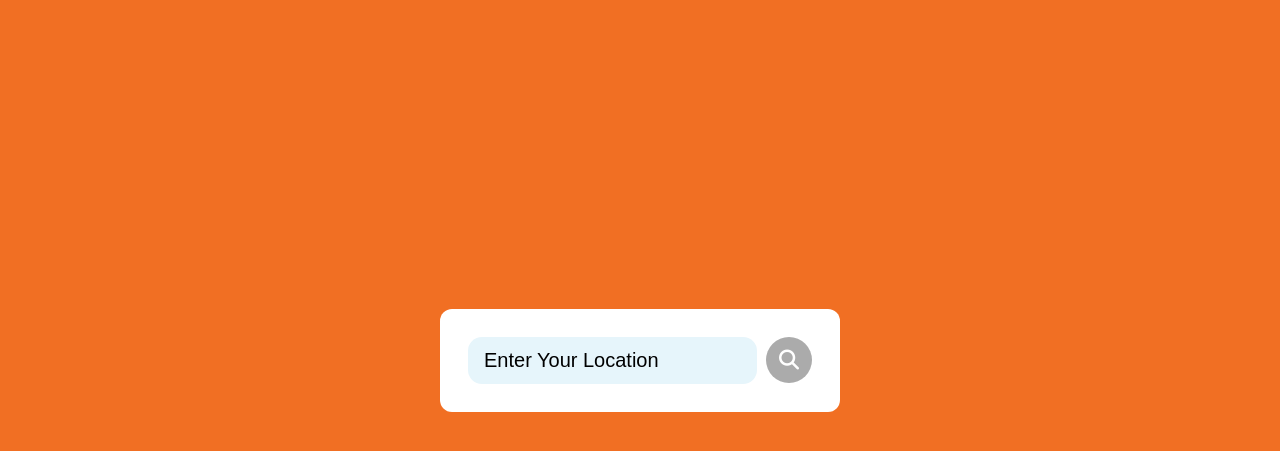
Repository: kapucuonur/weather-app
Page: index.html
The author's editor kept a copy of each file at every save. The page is drawn from the files as they stood at one save, then again after the next save.
The browser window is 1280 px wide. The pictures show the whole page.
The pointer rests on the first visible `.search-box button`.
Some web libraries are served in a nearby version.

Above is the page before, as saved 2024-11-16 15:17:59.

### index.html
<!DOCTYPE html>
<html lang="en">
<head>
    <meta charset="UTF-8">
    <meta http-equiv="X-UA-Compatible" content="IE=edge">
    <meta name="viewport" content="width=device-width, initial-scale=1.0">
    <title>Weather App With JavaScript</title>
    <link rel="stylesheet" href="style.css">
</head>
<body>
    <div class="container">
        <div class="header">
            <div class="search-box">
                <input type="text" placeholder="Enter your location" class="input-box">

                <button class="fa-solid fa-magnifying-glass" id="searchBtn"></button>
            </div>
        </div>

        <div class="location-not-found">
            <h1>Sorry, Location not found!!!</h1>
            <img src="/assets/404.png" alt="404 Error">
        </div>

        <div class="weather-body">
            <img src="/assets/cloud.png" alt="Weather Image" class="weather-img">

            <div class="weather-box">
                <p class="temperature">0 <sup>°C</sup></p>
                <p class="description">light rain</p>
            </div>

            <div class="weather-details">
                <div class="humidity">
                    <i class="fa-sharp fa-solid fa-droplet"></i>
                    <div class="text">
                        <span id="humidity">45%</span>
                        <p>Humidity</p>
                    </div>
                </div>

                <div class="wind">
                    <i class="fa-solid fa-wind"></i>
                    <div class="text">
                        <span id="wind-speed">12Km/H</span>
                        <p>Wind Speed</p>
                    </div>
                </div>
            </div>
        </div>
    </div>


    <script src="script.js"></script>
    <script src="https://kit.fontawesome.com/595a890311.js" crossorigin="anonymous"></script>
</body>
</html>

### style.css
*{
    margin: 0;
    padding: 0;
    box-sizing: border-box;
    border: none;
    outline: none;
    font-family: sans-serif;
}

body{
    min-height: 100vh;
    display: flex;
    justify-content: center;
    align-items: center;
    background-color: #f16f23;
}

.container{
    width: 400px;
    height: min-content;
    background-color: #fff;
    border-radius: 12px;
    padding: 28px;
}

.search-box{
    width: 100%;
    height: min-content;
    display: flex;
    justify-content: space-between;
    align-items: center;
}

.search-box input{
    width: 84%;
    font-size: 20px;
    text-transform: capitalize;
    color: #000;
    background-color: #e6f5fb;
    padding: 12px 16px;
    border-radius: 14px;
}

.search-box input::placeholder{
    color: #000;
}

.search-box button{
    width: 46px;
    height: 46px;
    background-color: #e6f5fb;
    border-radius: 50%;
    cursor: pointer;
    font-size: 20px;
}

.search-box button:hover{
    color: #fff;
    background-color: #ababab;
}

.weather-body{
    justify-content: center;
    align-items: center;
    flex-direction: column;
    margin-block: 20px;
    display: none;
}
.weather-body img{
    width: 60%;
}

.weather-box{
    margin-block: 20px;
    text-align: center;
}

.weather-box .temperature{
    font-size: 40px;
    font-weight: 800;
    position: relative;
}

.weather-box .temperature sup{
    font-size: 20px;
    position: absolute;
    font-weight: 600;
}

.weather-box .description{
    font-size: 20px;
    font-weight: 700;
    text-transform: capitalize;
}

.weather-details{
    width: 100%;
    display: flex;
    justify-content: space-between;
    margin-top: 30px;
}

.humidity, .wind{
    display: flex;
    align-items: center;
}

.humidity{
    margin-left: 20px;
}

.wind{
    margin-right: 20px;
}

.weather-details i{
    font-size: 36px;
}

.weather-details .text{
    margin-left: 10px;
    font-size: 16px;
}

.text span{
    font-size: 20px;
    font-weight: 700;
}

.location-not-found{
    margin-top: 20px;
    display: none;
    align-items: center;
    justify-content: center;
    flex-direction: column;
}

.location-not-found h1{
    font-size: 20px;
    color: #6b6b6b;
    margin-block-end: 15px;
}
.location-not-found img{
    width: 80%;
}

### script.js
const inputBox = document.querySelector('.input-box');
const searchBtn = document.getElementById('searchBtn');
const weather_img = document.querySelector('.weather-img');
const temperature = document.querySelector('.temperature');
const description = document.querySelector('.description');
const humidity = document.getElementById('humidity');
const wind_speed = document.getElementById('wind-speed');

const location_not_found = document.querySelector('.location-not-found');

const weather_body = document.querySelector('.weather-body');


async function checkWeather(city) {
    const api_key = "c80e259dca249e73ac2138d8b0365025"; // Yeni API anahtarınız
    const url = `https://api.openweathermap.org/data/2.5/weather?q=${city}&appid=${api_key}`;

    const weather_data = await fetch(`${url}`).then(response => response.json());

    console.log(weather_data); // API yanıtını konsolda kontrol et

    if (weather_data.cod === "404") {
        location_not_found.style.display = "flex";
        weather_body.style.display = "none";
        console.log("Location not found");
        return;
    }

    location_not_found.style.display = "none";
    weather_body.style.display = "flex";

    // Sıcaklık ve hava durumu verilerini güncelle
    temperature.innerHTML = `${Math.round(weather_data.main.temp - 273.15)}°C`;
    description.innerHTML = `${weather_data.weather[0].description}`;

    humidity.innerHTML = `${weather_data.main.humidity}%`;
    wind_speed.innerHTML = `${weather_data.wind.speed} Km/H`;

    // Hava durumu resmini belirle
    switch (weather_data.weather[0].main) {
        case 'Clouds':
            weather_img.src = "/assets/cloud.png";
            break;
        case 'Clear':
            weather_img.src = "/assets/clear.png";
            break;
        case 'Rain':
            weather_img.src = "/assets/rain.png";
            break;
        case 'Mist':
            weather_img.src = "/assets/mist.png";
            break;
        case 'Snow':
            weather_img.src = "/assets/snow.png";
            break;

}


    console.log(weather_data);
}


searchBtn.addEventListener('click', ()=>{
    checkWeather(inputBox.value);
});

After the next save:
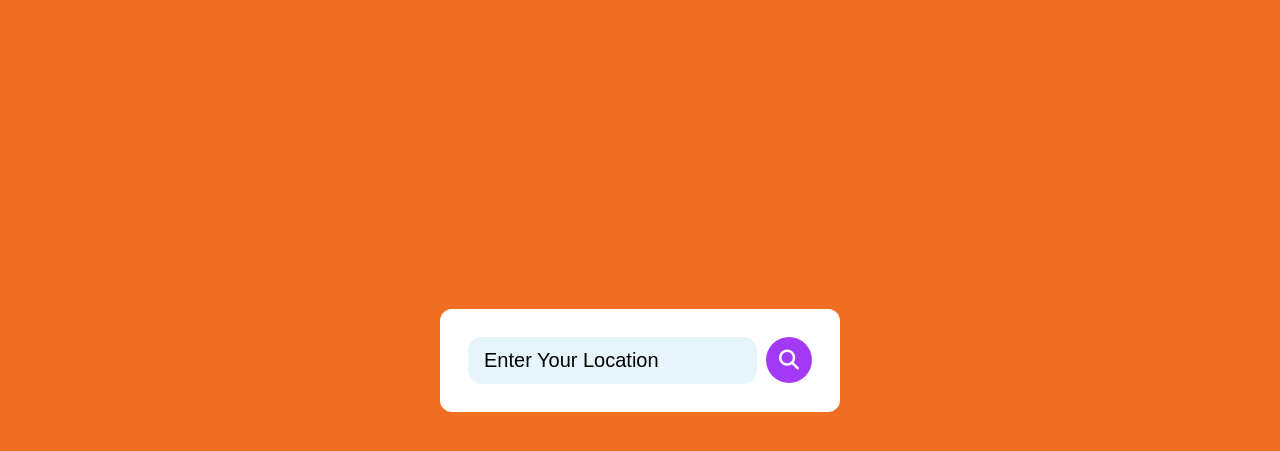
Saved 108 s later.
--- a/style.css
+++ b/style.css
@@ -56,7 +56,7 @@ body{
 
 .search-box button:hover{
     color: #fff;
-    background-color: #ababab;
+    background-color: #a439f5;
 }
 
 .weather-body{
